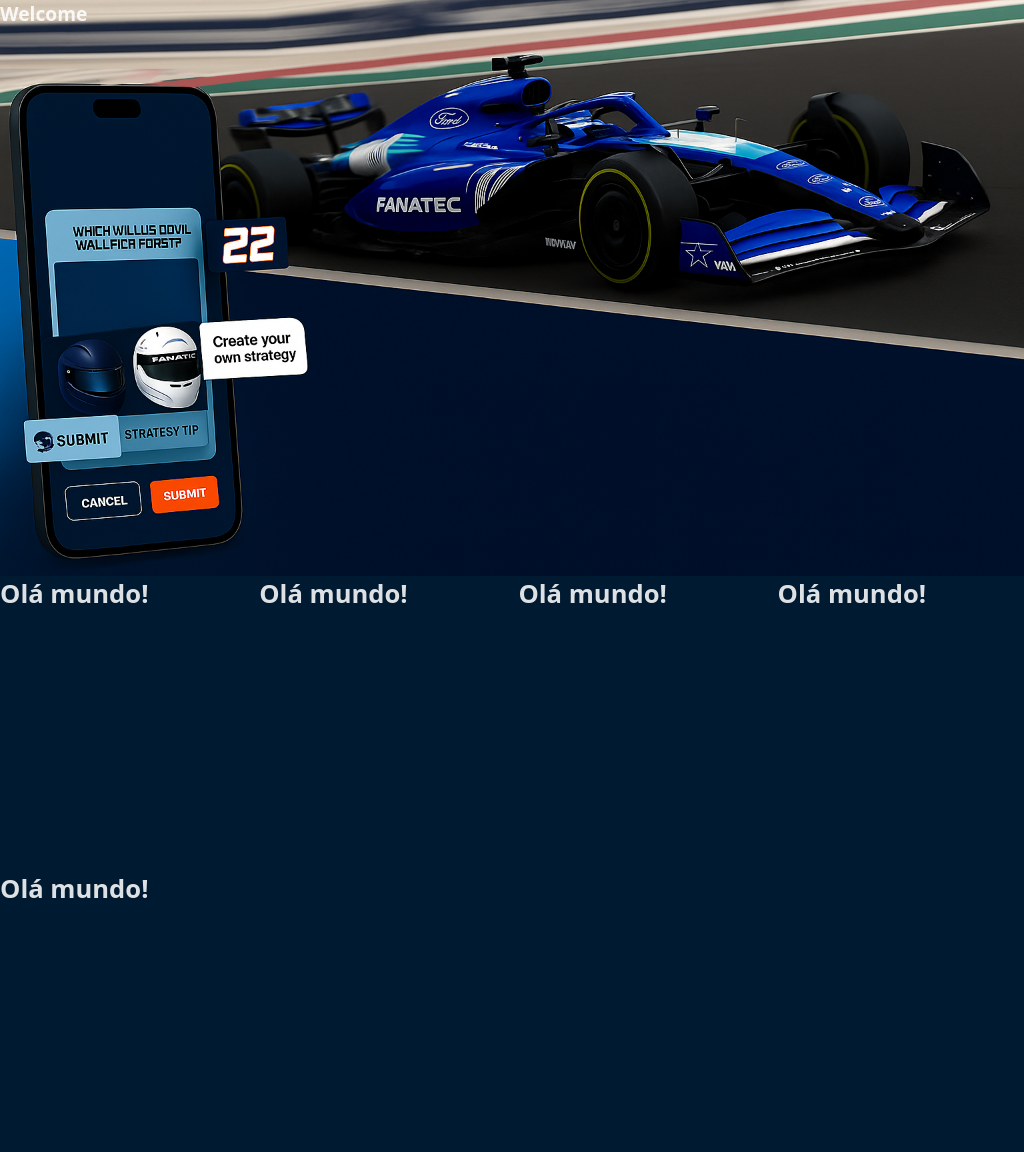
Repository: pedroantoniosi/ngm-esports-site
Page: /
These files come from the project's save history. The page is drawn as it stood at one moment and after the next save; the edit follows.
The browser window is 1280 px wide. The pictures show the whole page, at 80% of full size.
The project was rebuilt for these pictures with package versions that can differ from the ones it lists, and the page was loaded fresh each time. Also part of the build but not shown: vite.config.ts.

Above is the page before, as saved 2025-10-25 17:18:02.

After the next save:
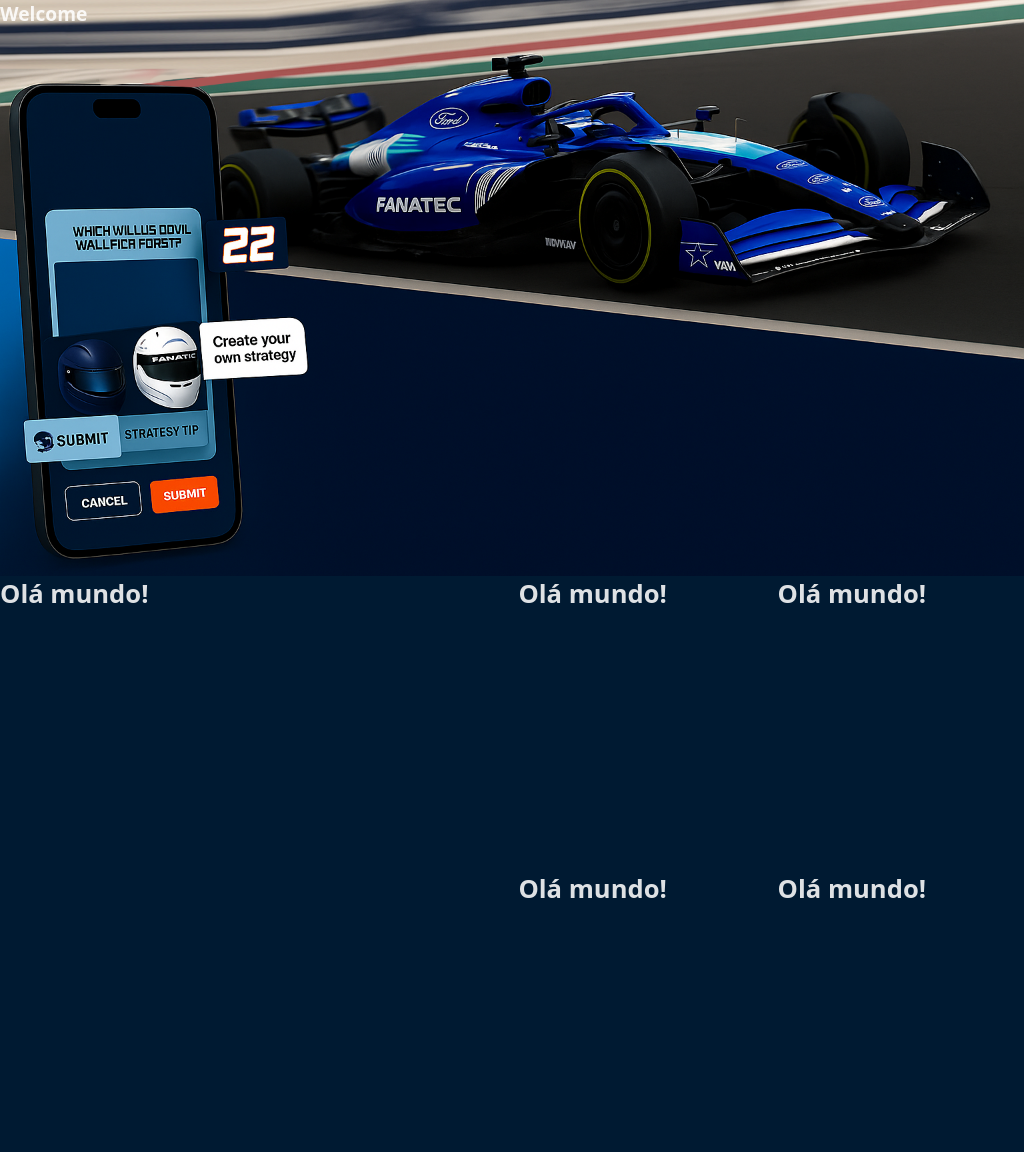
Saved 43 s later.
--- a/src/index.css
+++ b/src/index.css
@@ -32,25 +32,30 @@
   gap: 16px;
   min-height: 100svh;
 
-  &:nth-child(1) {
+  & :nth-child(1) {
     grid-column: span 2 / span 2;
     grid-row: span 2 / span 2;
   }
 
-  &:nth-child(2) {
+  .div1 {
+    grid-column: span 2 / span 2;
+    grid-row: span 2 / span 2;
+  }
+
+  .div2 {
     grid-column-start: 3;
   }
 
-  &:nth-child(3) {
+  .div3 {
     grid-column-start: 4;
   }
 
-  &:nth-child(4) {
+  .div4 {
     grid-column-start: 3;
     grid-row-start: 2;
   }
 
-  &:nth-child(5) {
+  .div5 {
     grid-column-start: 4;
     grid-row-start: 2;
   }
